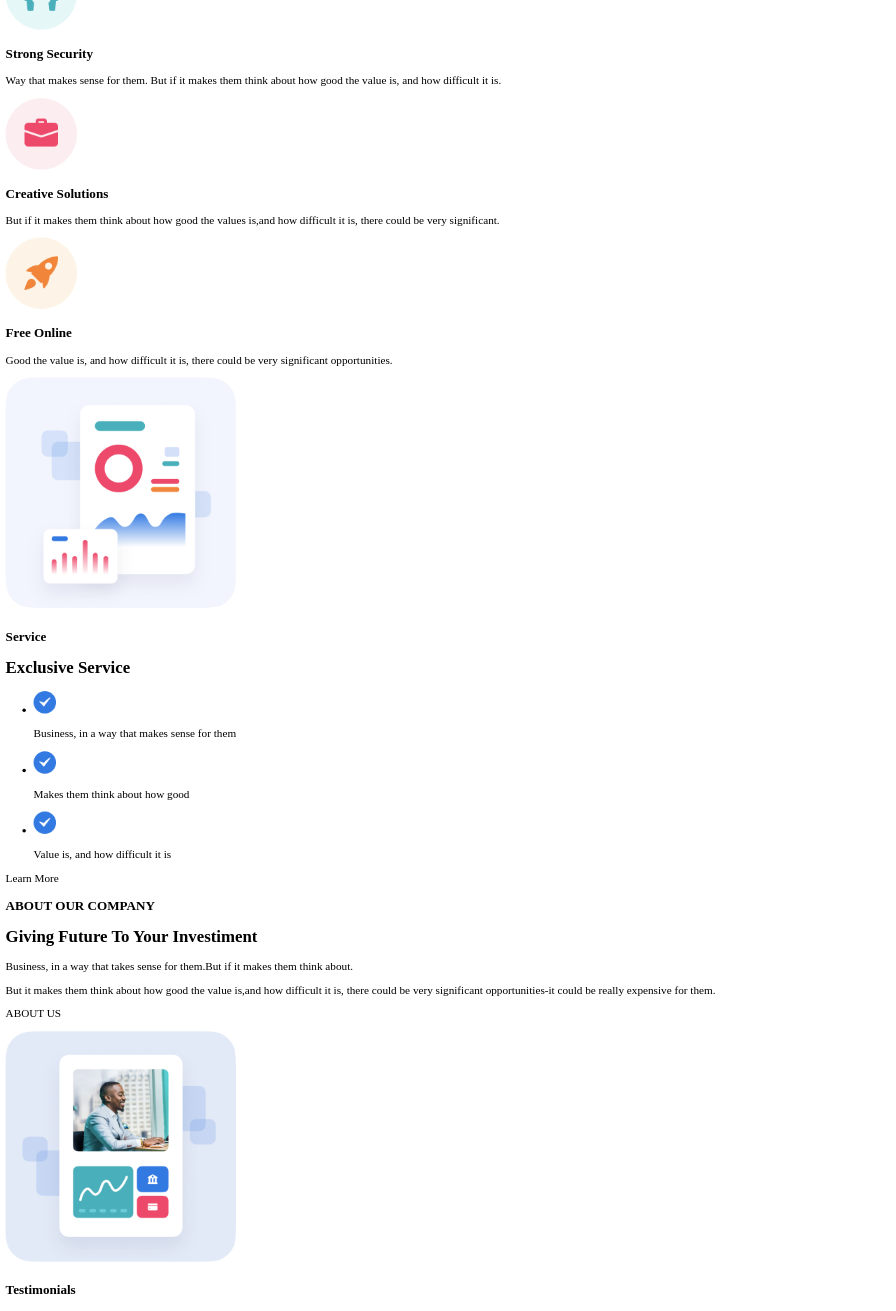
Repository: juniorAntunes910/Make-Money-Design-Avaliacao
Page: index.html
An editor plug-in stored every save of this project. The page is shown before and after a run of saves, followed by the edit.
The browser window is 1280 px wide. The pictures show the part of the page from y = 766 to 2686 px (the page is 2639 px tall before and 2686 px after), at 70% of full size.

Above is the page before, as saved 2026-03-12 10:06:38.

### index.html
<!DOCTYPE html>
<html lang="pt-br">

<head>
    <meta charset="UTF-8">
    <meta name="viewport" content="width=device-width, initial-scale=1.0">
    <title>Make Money</title>
    <link rel="stylesheet" href="style.css">
    <link rel="stylesheet" href="https://cdnjs.cloudflare.com/ajax/libs/font-awesome/6.5.1/css/all.min.css">
</head>

<body class="container">
    <header>
        <nav>
            <h1 id="header-title">
                <a href="#">
                    MNY
                </a>
            </h1>

            <div class="header-box-menu">
                <i class="fa-solid fa-bars"></i>
            </div>
        </nav>
    </header>

    <main>
        <section id="hero">
            <div id="hero-header">
                <h3 class="hero-header-subtitle">
                    MAKE MONEY
                </h3>

                <h2 class="hero-header-title">
                    Grow Your
                    Money Like
                    Never Before
                </h2>

                <p class="hero-header-description">
                    Business, in a way that makes sense for
                    them. But if it makes them think about how
                    good the value.
                </p>
            </div>

            <div id="hero-btn">
                <p>Get Started</p>
            </div>

            <div id="hero-img-box">
                <img src="Assets/Mobile/hero/main-content-img-manCoffe-Mobile.png" alt="Imagem de um homem com roupa de escritorio segurando um café com a mão esquerda, atras do homem há
                3 graficos indicando crescimento" id="hero-img-box-mobile">

            </div>
        </section>

        <section id="main-content">

            <div id="main-content-cards"><!--Estou usando como um container/box de cards-->

                <div class="main-content-card-box"><!--Primeiro "Card" Strong Security-->

                    <div class="main-content-card-box-img-box"><!--Imagem do card-->
                        <img src="Assets/Mobile/main-content/img-card-strong-mobile.png" alt="Imagem de uma bola azul cor #E6F7F8 com duas luvas de box estilo low poly, tambem azul porem
                        mais escuro #49AFBA" class="main-content-card-box-img-box-mobile">
                    </div><!--Fim da imagem do card-->

                    <div class="main-content-card-box-content"><!--Conteudo do card-->
                        <h3 class="main-content-card-box-content-title">
                            Strong Security
                        </h3>

                        <p class="main-content-card-box-content-description">
                            Way that makes sense for them. But if it
                            makes them think about how good the
                            value is, and how difficult it is.
                        </p>
                    </div><!--Fim do conteudo do card-->

                </div><!--Fim do Primeiro "Card" Strong security-->

                <div class="main-content-card-box"><!--Segundo "Card" Creative Solutiions-->

                    <div class="main-content-card-box-img-box"><!--Imagem do card-->
                        <img src="Assets/Mobile/main-content/img-card-creative-mobile.png"
                            alt="Imagem de uma bola vermelha cor #FCEDF0, com uma maleta estilo escritorio tambem vermelha #ED496B "
                            class="main-content-card-box-img-box-mobile">
                    </div><!--Fim da imagem do card-->

                    <div class="main-content-card-box-content"><!--Conteudo do card-->
                        <h3 class="main-content-card-box-content-title">
                            Creative Solutions
                        </h3>

                        <p class="main-content-card-box-content-description">
                            But if it makes them think about how
                            good the values is,and how difficult it is,
                            there could be very significant.
                        </p>
                    </div><!--Fim do conteudo do card-->

                </div><!--Fim do Segundo "Card" Creative Solutions-->

                <div class="main-content-card-box"><!--Terceiro "Card" Free Online-->

                    <div class="main-content-card-box-img-box"><!--Imagem do card-->
                        <img src="Assets/Mobile/main-content/img-card-free-mobile.png"
                            alt="Imagem de uma bola amarela cor #FDF3E6, com um foguete tambem amarelo #F1863B "
                            class="main-content-card-box-img-box-mobile">
                    </div><!--Fim da imagem do card-->

                    <div class="main-content-card-box-content"><!--Conteudo do card-->
                        <h3 class="main-content-card-box-content-title">
                            Free Online
                        </h3>

                        <p class="main-content-card-box-content-description">
                            Good the value is, and how difficult it is,
                            there could be very significant
                            opportunities.
                        </p>
                    </div><!--Fim do conteudo do card-->

                </div><!--Fim do Terceiro "Card" Free online-->
            </div><!--Fimd o container card Box-->

            <div class="line-division"></div><!--Linha de divisão entre main-content e service-->

        </section>

        <section id="service">

            <div id="service-img-box">
                <img src="Assets/Mobile/service/img-service-graph-mobile.png" alt="Imagem de dois graficos minimalistas, um grafico sendo o maior e possuindo varios graficos
                dentro da seu espaço e um grafico menor sendo de barras" id="img-service-mobile">
            </div>

            <div class="service-content">
                <div class="service-content-header">
                    <h3 class="service-content-subtitle">
                        Service
                    </h3>

                    <h2 class="service-content-title">
                        Exclusive
                        Service
                    </h2>
                </div>

                <div class="service-content-avaiable">
                    <ul>
                        <li>
                            <div class="service-content-avaiable-img-box">
                                <img src="Assets/Mobile/service/img-service-avaiable-mobile.png"
                                    alt="Imagem de uma bola azul com um simbolo de certo/correto branco no centro"
                                    class="img-avaiable-mobile">
                            </div>
                            <p>
                                Business, in a way that makes
                                sense for them
                            </p>
                        </li>

                        <li>
                            <div class="service-content-avaiable-img-box">
                                <img src="Assets/Mobile/service/img-service-avaiable-mobile.png"
                                    alt="Imagem de uma bola azul com um simbolo de certo/correto branco no centro"
                                    class="img-avaiable-mobile">
                            </div>
                            <p>
                                Makes them think about how
                                good
                            </p>
                        </li>

                        <li>
                            <div class="service-content-avaiable-img-box">
                                <img src="Assets/Mobile/service/img-service-avaiable-mobile.png"
                                    alt="Imagem de uma bola azul com um simbolo de certo/correto branco no centro"
                                    class="img-avaiable-mobile">
                            </div>
                            <p>
                                Value is, and how difficult it is
                            </p>
                        </li>
                    </ul>

                    <div id="service-content-avaiable-btn">
                        <p>
                            Learn More
                        </p>
                    </div>
                </div>
            </div>
        </section>

        <section id="about">
            <div class="about-header">
                <h3 class="about-header-subtitle">
                    ABOUT OUR COMPANY
                </h3>

                <h2 class="about-header-title">
                    Giving Future To
                    Your Investiment
                </h2>

                <p class="about-header-description">
                    Business, in a way that takes
                    sense for them.But if it makes
                    them think about.
                </p>

                <p class="about-header-subdescription">
                    But it makes them think about how good
                    the value is,and how difficult it is, there
                    could be very significant opportunities-it
                    could be really expensive for them.
                </p>

                <div class="about-header-btn">
                    <p>ABOUT US</p>
                </div>
            </div>

            <div id="about-img-box">
                <img src="Assets/Mobile/about/img-about-office-mobile.png"
                alt="imagem dividida em 4 elementos sendo a primeira em cima e maior
                com a foto de um trabalhador de escritorio sorrindo enquanto usa seu computador, abaixo na esquerda um grafico subindo, na direita
                possui duas imagem uma em cima da outra sendo a de cima um icone de banco e a de baixo um icone de cartao"
                class="about-img-box-img-mobile"
                >
            </div>
        </section>

        <section id="testimonials">
            <div id="testimonials-header">
                <h3 class="testimonials-header-subtitle">
                    Testimonials
                </h3>
                <h2></h2>
            </div>
        </section>

    </main>
    <footer>

    </footer>
</body>

</html>

Loaded but not shown: style.css (no copy from this time; the picture is the same without it)

After the next 5 saves:
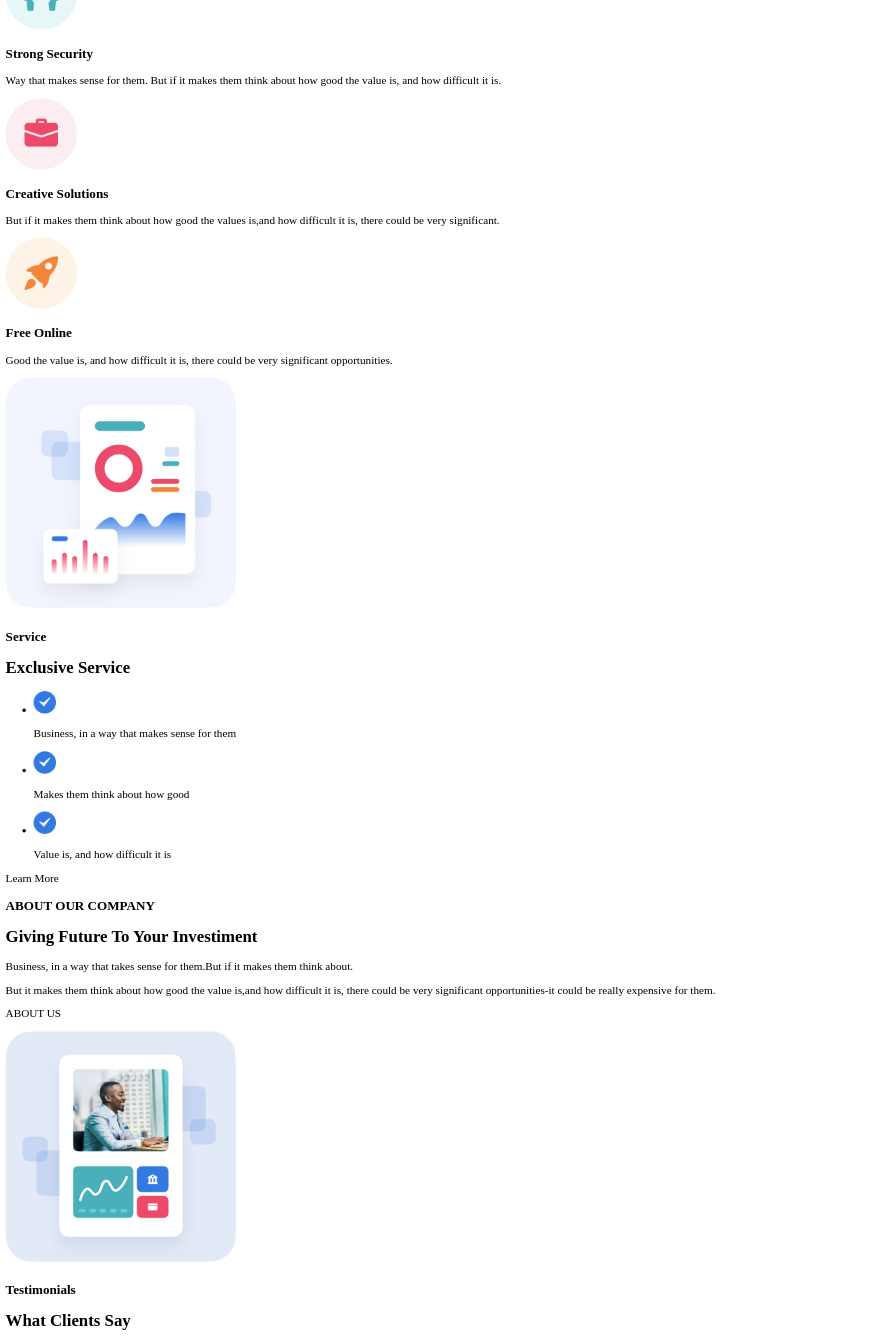
The 5 saves are shown as one change because they came seconds apart.
The last was saved 15 s later.
--- a/index.html
+++ b/index.html
@@ -239,7 +239,11 @@
                 <h3 class="testimonials-header-subtitle">
                     Testimonials
                 </h3>
-                <h2></h2>
+                <h2 class="testimonials-header-title">
+                    What Clients
+                    Say
+                </h2>
+
             </div>
         </section>
 
